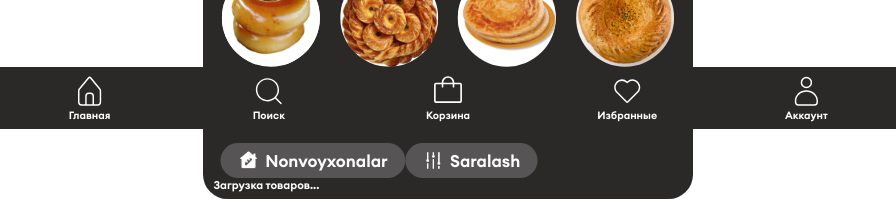
Repository: muslmoney/click-miniapp
Page: /
An editor plug-in stored every save of this project. The page is shown before and after the next save, followed by the edit.
The browser window is 1280 px wide. The pictures show the part of the page from y = 536 to 2456 px (the page is 850 px tall before and 10564 px after), at 70% of full size.
The project was rebuilt for these pictures with package versions that can differ from the ones it lists, and the page was loaded fresh each time. Also part of the build but not shown: vite.config.js.

Above is the page before, as saved 2025-02-02 00:20:30.

### index.html
<!doctype html>
<html lang="en">
<head>
  <meta charset="UTF-8" />
  <meta http-equiv="X-UA-Compatible" content="IE=edge" />
  <meta name="description" content="Non Bor" />
  <meta name="keywords" content="Non Bor" />
  <meta name="author" content="Non Bor" />
  <!-- <meta http-equiv="refresh" content="30"> -->
  <meta property="og:title" content="Non Bor">
  <meta property="og:description" content="Non Bor">
  <meta property="og:image" content="/logo_bread.png">
  <meta property="og:url" content="https://non-bor.netlify.app/">
  <meta name="viewport" content="width=device-width, initial-scale=1.0" />
  <link rel="icon" type="image/png" href="/logo_bread.png" />
  <title>Non Bor</title>
</head>

<body>
  <div id="root"></div>
  <script type="module" src="/src/main.jsx"></script>
</body>

</html>

### src/main.jsx
import React, { Suspense, lazy, StrictMode } from 'react';
import { createRoot } from 'react-dom/client';
import { createBrowserRouter, RouterProvider, Navigate } from 'react-router-dom';
import './index.css';
import App from './App.jsx'
import { CartProvider } from './context/Context.jsx';
const Home = lazy(() => import("./pages/Home/Home.jsx"));
const Cart = lazy(() => import("./pages/Cart/Cart.jsx"));
const Favorites = lazy(() => import('./pages/Favorites/Favorites.jsx'));
const Search = lazy(() => import('./pages/Search/Search.jsx'));
const User = lazy(() => import('./pages/User/User.jsx'));

const router = createBrowserRouter([
  {
    path: "/",
    element: <App />,
    children: [
      { index: true, element: <Navigate to="home" replace /> },
      {
        path: 'home',
        element: <Home />
      },
      {
        path: 'cart',
        element: <Cart />
      },
      {
        path: 'favorites',
        element: <Favorites />
      },
      {
        path: 'search',
        element: <Search />
      },
      {
        path: 'user',
        element: <User />
      },
      { path: '*', element: <div>404 - Page Not Found</div> },
    ],
  },
]);

class ErrorBoundary extends React.Component {
  state = { hasError: false };

  static getDerivedStateFromError() {
    return { hasError: true };
  }

  componentDidCatch(error, info) {
    console.error("Error caught:", error, info);
  }

  render() {
    if (this.state.hasError) {
      return <div>Something went wrong!</div>;
    }
    return this.props.children;
  }
}


createRoot(document.getElementById('root')).render(
  <StrictMode>
    <CartProvider>
      <Suspense fallback={<div>Loading...</div>}>
        <RouterProvider router={router} />
      </Suspense>
    </CartProvider>
  </StrictMode>
);

### src/index.css
:root {
  --color-default-white: #fff;
  --color-default-bg: #2B2828;
  --color-default-blue: #023EF3;
  --color-button-bg-blue:#3866E8;
  --color-text-gray:#ADA4A4;
  --color-button-bg-gray:#565454;
}

* {
  font-family: 'Euclid Circular A', sans-serif;
  scroll-behavior: smooth;
  padding: 0;
  margin: 0;
  box-sizing: border-box;
}

.container {
  width: 100%;
  margin: 0 auto;
  max-width: 700px;
}


picture,
img,
svg {

  display: block;
  width: 100%;
  height: auto;
}

a,
span,
button,
label,
input,
textarea {
  display: inline-block;
  font-family: inherit;
  color: inherit;
  font-weight: inherit;
}

a,
button,
label,
textarea,
li {
  list-style: none;
  text-decoration: none;
  cursor: pointer;
}

q::after,
q::before {
  content: '';
}

#root {
  display: flex;
  flex-direction: column;
  justify-content: space-between;
}

#root>* {
  flex-shrink: 0;
}

#root>main {
  flex-grow: 1;
}

h1,
h2,
h3,
h4,
h5,
h6,
p,
button,
a {
  font-weight: inherit;
  color: var(--color-default-white);
}

### src/App.jsx
import React, { useEffect } from "react";
import "./App.css";
import Header from "./layout/Header/Header.jsx";
import Footer from "./layout/Footer/Footer.jsx";
import "/public/fonts/fonts.css";
import { BrowserRouter as Router, Routes, Outlet, useLocation, useNavigate } from "react-router-dom";

const App = () => {
  const navigate = useNavigate();
  const { pathname } = useLocation();

  useEffect(() => {
    if (pathname === "/") {
      navigate("/home");
    }
  }, [pathname, navigate]);

  return (
    <>
      <header>
        <Header />
      </header>

      <main>
        <Outlet />
      </main>

      <footer>
        <Footer />
      </footer>
    </>
  );
};

export default App;

### src/context/Context.jsx
import React, { createContext, useState, useContext } from 'react';

const CartContext = createContext();
const FavoriteContext = createContext();

export const useCart = () => useContext(CartContext);
export const useFavorites = () => useContext(FavoriteContext);

export const CartProvider = ({ children }) => {
  const [cart, setCart] = useState([]);
  const [favorites, setFavorites] = useState([]);

  const addToCart = (product) => {
    setCart((prevCart) => [...prevCart, product]);
  };

  const removeFromCart = (productId) => {
    setCart((prevCart) => prevCart.filter((product) => product.id !== productId));
  };

  const changeQuantity = (productId, quantity) => {
    setCart((prevCart) => {
      return prevCart.map((product) =>
        product.id === productId ? { ...product, quantity } : product
      );
    });
  };

  const addToFavorites = (product) => {
    setFavorites((prevFavorites) => [...prevFavorites, product]);
  };

  const removeFromFavorites = (productId) => {
    setFavorites((prevFavorites) => prevFavorites.filter((product) => product.id !== productId));
  };

  return (
    <CartContext.Provider value={{ cart, addToCart, removeFromCart, changeQuantity }}>
      <FavoriteContext.Provider value={{ favorites, addToFavorites, removeFromFavorites }}>
        {children}
      </FavoriteContext.Provider>
    </CartContext.Provider>
  );
};

### src/pages/Home/Home.jsx
import React, { useEffect, useState } from 'react';
import axios from 'axios';
import styles from './home.module.css';
import Button from '../../components/Buttons/Buttons';
import ProductCard from '../../components/ProductCard/ProductCard';
import { useCart } from '../../context/Context';
import db from '../../db/db.json'
const Home = () => {
  // const [products, setProducts] = useState([]);
  const [scrolled, setScrolled] = useState(false);
  const [touchStart, setTouchStart] = useState(0);
  const [touchEnd, setTouchEnd] = useState(0);
  const { addToCart } = useCart();

  // useEffect(() => {
  //   const fetchProducts = async () => {
  //     try {
  //       const response = await axios.get('../../db/db.json'); // Локальный запрос к JSON
  //       setProducts(response.data.products);
  //     } catch (error) {
  //       console.error("Ошибка при загрузке товаров:", error);
  //     }
  //   };

  //   fetchProducts();
  // }, []);
  const products = db

  useEffect(() => {
    const handleScroll = () => setScrolled(window.scrollY > 210);
    window.addEventListener('scroll', handleScroll);
    return () => window.removeEventListener('scroll', handleScroll);
  }, []);

  const handleTouchStart = (e) => setTouchStart(e.touches[0].clientY);
  const handleTouchEnd = (e) => {
    setTouchEnd(e.changedTouches[0].clientY);
    if (touchStart > touchEnd + 50) {
      document.querySelector(`.${styles.catalog}`).scrollBy(0, 100);
    } else if (touchStart < touchEnd - 50) {
      document.querySelector(`.${styles.catalog}`).scrollBy(0, -100);
    }
  };

  return (
    <div className={styles.home}>
      <div className='container'>
        <header className={scrolled ? `${styles.wrap} ${styles.scrolled}` : styles.wrap}>
          <div className={styles.logo}>
            <img src="/logo_bread.png" alt="logo" />
            <h1>NON BOR</h1>
          </div>
          <div className={styles.icon}>
            <img src="/communication.png" alt="" />
          </div>
        </header>

        <section className={styles.hero}>
          <div className={styles.background}>
            <div className={styles.title}>
              <h2>Barcha non va non mahsulotlari mavjud</h2>
            </div>
          </div>

          <div
            className={scrolled ? `${styles.catalog} ${styles.scrolled}` : styles.catalog}
            onTouchStart={handleTouchStart}
            onTouchEnd={handleTouchEnd}
          >
            <h2 className={styles.title2}>Категории</h2>

            <div className={styles.catalogItems}>
              <div>
                <div className={styles.catalogItem}>
                  <img src="/catalog_bread1.png" alt="" />
                </div>
                <p>5 ming-20 ming</p>
              </div>
              <div>
                <div className={styles.catalogItem}>
                  <img src="/catalog_bread2.png" alt="" />
                </div>
                <p>10 ming-50 ming</p>
              </div>
              <div>
                <div className={styles.catalogItem}>
                  <img src="/catalog_bread3.png" alt="" />
                </div>
                <p>6 ming-25 ming</p>
              </div>
              <div>
                <div className={styles.catalogItem}>
                  <img src="/catalog_bread4.png" alt="" />
                </div>
                <p>3 ming-20 ming</p>
              </div>
            </div>

            <h2 className={styles.title2}>Лента</h2>
            <div className={styles.buttons}>
              <Button link={'./search'} icon={'/bakery.png'} title={'Nonvoyxonalar'} />
              <Button link={'./search'} icon={'/filter.png'} title={'Saralash'} />
            </div>

            <div className={styles.products}>
              {products.length  ? (
                products.map(product => (
                  <ProductCard key={product.id} {...product} addToCart={addToCart} />
                ))
              ) : (
                <p>Загрузка товаров...</p>
              )}
            </div>
          </div>
        </section>
      </div>
    </div>
  );
};

export default Home;

### src/layout/Header/Header.jsx
import React from 'react'
import { RxCross2 } from "react-icons/rx";
import style from './header.module.css'
const Header = () => {
    return (
        <header className={style.header}>
            <div className='container'>
                <div className={style.header}>
                    <img className={style.cross} src="/cancel.png" alt="" />
                </div>
            </div>
        </header>
    )
}

export default Header

### src/layout/Footer/Footer.jsx
import React from 'react'
import styles from './footer.module.css'
import { CiSearch } from "react-icons/ci";
import { CiUser } from "react-icons/ci";
import { CiHeart } from "react-icons/ci";
import { PiBagLight } from "react-icons/pi";
import { CiHome } from "react-icons/ci";
import { Link } from 'react-router-dom';

const Footer = () => {
    return (
        <footer className='container'>
            <div className={styles.footer}>
                    <Link className={styles.a} to={'./home'}>
                        <CiHome className={styles.icon} />
                        <h2>Главная</h2>
                    </Link>
                    <Link className={styles.a} to={'./search'}>
                        <CiSearch className={styles.icon} />
                        <h2>
                            Поиск
                        </h2>

                    </Link>
                    <Link className={styles.a} to={'./cart'}>
                        <PiBagLight className={styles.icon} />
                        <h2>
                            Корзина
                        </h2>

                    </Link>
                    <Link className={styles.a} to={'./favorites'}>
                        <CiHeart className={styles.icon} />
                        <h2>
                            Избранные
                        </h2>

                    </Link>
                    <Link className={styles.a} to={'./user'}>
                        <CiUser className={styles.icon} />
                        <h2>
                            Аккаунт
                        </h2>

                    </Link>
            </div>
        </footer>
    )
}

export default Footer

### public/fonts/fonts.css


@font-face {
    font-family: 'Euclid Circular A';
    src: url(/fonts/Euclid\ Circular\ A\ SemiBold.ttf);
    font-weight: 600;
    font-style: normal;
}

### src/pages/Home/home.module.css
.home {
    position: relative;
}

.container {
    padding: 0 !important;
}

.wrap.scrolled {
    background-color: var(--color-default-bg) !important;
}

.container {
    padding: 0;
}

.wrap {
    display: flex;
    align-items: center;
    justify-content: space-between;
    padding: 34px 70px 32px 16px;
    position: fixed;
    top: 0;
    width: 100%;
    transition: background-color 0.6s ease;
    max-width: 700px;
    z-index: 1000;
    @media (max-width: 550px) {
        padding: 14px 70px 14px 16px;

    }
}
.icon{
    @media (max-width: 550px) {
        width: 35px;
    }
}
.logo {
    display: flex;
    align-items: center;

    h1 {
        font-size: clamp(25px, 6.66vw, 40px);
        color: var(--color-default-white);
        white-space: nowrap;

    }

    img {
        width: 60px;
    }
    @media (max-width: 550px) {
img{
    width: 40px;
}
    }
}


.background {
    height: 60vh;
    background-image: url('/bg_bread.png');
    background-size: cover;
    background-position: bottom;
    background-repeat: no-repeat;
    position: fixed;
    top: 0;
    left: 0;
    width: 100%;
    z-index: -1;

    .title {
        font-weight: 600;
        bottom: 20%;
        left: 10px;
        position: absolute;

        h2 {
            font-size: clamp(30px, 8.08vw, 60px);
        }
    }
}

.hero {
    position: relative;
    padding-top: 60vh;
}

.catalogItems {
    display: flex;
    justify-content: space-around;
    align-items: center;
    gap: 5px;
    overflow: scroll;
    scrollbar-width: none;
    -ms-overflow-style: none;

    div {
        text-align: center;

            p {
                font-size: 16px;
                white-space: nowrap;
            }
    }
}

.catalogItems::-webkit-scrollbar {
    display: none;
}

.catalogItem {
    border-radius: 50%;
    width: 140px;
    height: 140px;
    display: flex;
    align-items: center;
    background-color: var(--color-default-white);
    overflow: hidden;
    margin-bottom: 10px;
}

.title2 {
    padding: 15px 0 18px 10px;
    font-size: 36px;
}

.buttons {
    display: flex;
    padding: 0 10px;
    overflow: scroll;
    scrollbar-width: none;
    -ms-overflow-style: none;
}

.buttons::-webkit-scrollbar {
    display: none;
}

.catalog {
    padding: 10px 15px;
    overflow-y: auto;
    background-color: var(--color-default-bg);
    position: relative;
    border-radius: 35px;
    top: -30px;
    transition: transform 0.3s ease, box-shadow 0.3s ease;
    transform: translateY(0);
}

.catalog.scrolled {
    transform: translateY(-20px);
}

### src/components/Buttons/Buttons.jsx
import React from "react";
import styles from "./buttons.module.css";

const Button = ({ link, icon, title, className,color, ...props }) => {
  return (
    <a className={`${styles.button} ${className}`} href={link} {...props}>
     {icon ? ( <img src={icon} alt={title} />) : ''   }
      <span>{title}</span>
    </a>
  );
};

export default Button;

### src/layout/Header/header.module.css
.header{
    max-width: 700px;
    position: relative;
}

.cross{
    width: 50px;
    position: fixed;
    right: 25px;
    top: 38px;
    width: 50px;
    z-index: 10000;
    @media (max-width: 550px) {
        width: 35px;
        top: 18px;
    }
}

### src/layout/Footer/footer.module.css

.footer {
    display: flex;
    align-items: center;
    justify-content: space-around;
    position: fixed;
    bottom: 0;
    left: 0;
    width: 100%;
    padding: 10px 0 10px 0;
    background-color: var(--color-default-bg);
.a{
    width: 100%;

   h2{

       font-size: clamp(15px, 1vw, 24px);
   }
}
    a {
        display: flex;
        align-items: center;
        flex-direction: column;
    }
}


.icon {
    width: 50px;
}
@media (max-width: 550px) {
    .icon {
        width: 35px;
    }
}

### src/components/Buttons/buttons.module.css
.button {
background-color: var(--color-button-bg-gray);
    text-align: center;
    text-decoration: none;
    display: flex;
    align-items: center;
    gap: 9px;
    color: var(--color-default-white);
    font-size: clamp(17px, 3.33vw, 24px);
    cursor: pointer;
    transition-duration: 0.4s;
    border-radius: 30px;
    padding: clamp(7px, 3vw, 10px) clamp(15px, 3vw, 25px);

    img {
        width: clamp(20px, 4.2vw, 30px);
    }
}

### src/components/ProductCard/ProductCard.jsx
import React from 'react'
import styles from './productCard.module.css'
import { useEffect, useState } from 'react';


const ProductCard = ({ title, seller, salePrice, price, logo, img, id, addToCart, ...props }) => {
  const handleAddToCart = () => {
    addToCart({ id, title, price, salePrice, img, logo, seller });
  };

  return (
    <div className={styles.productCard}>
      <div className={styles.header}>
        <div className={styles.seller}>
          <img className={styles.logo} src={logo} alt={title} />
          <h5>
            {seller}
          </h5>
        </div>
        <div>
          <img src="/share.png" alt="share" />
        </div>
      </div>
      <div className={styles.img}>
        <img src={img} alt={title} />
      </div>
      <div className={styles.info}>
        <p>
          {title}
        </p>
      </div>
      <div className={styles.prices}>
        {salePrice ? (
          <>
            <h3 className={styles.originalPrice}>{price} </h3>
            <h3 className={styles.salePrice}>{salePrice} UZS</h3>
          </>
        ) : (
          <h3 className={styles.regularPrice}>{price} UZS</h3>
        )}
        <div className={styles.buttons}>
          <button className={styles.like}>
            <img src="/favorite.png" alt="favorite" />
            <div>
              Sevimlilar
            </div>
          </button>
          <button className={styles.bag} onClick={handleAddToCart}>
            <span>
              Savatga
            </span>
            <img src="/addToBag.png" alt="addToBag" />
          </button>
        </div>
      </div>
    </div>
  );
};


export const SearchCard = ({ price, salePrice, title, img, ...props }) => {
  return (
    <div className={styles.searchProduct}>
      <div className={styles.img}>
        <img src={img} alt={title} />
      </div>
      <div className={styles.info}>
        {salePrice ? (
          <div className={styles.prices}>
            <div>
              <h3>{title}</h3>
            </div>
            <div className={styles.price}>
              <h2 className={styles.originalPrice}>{price} </h2>
              <h2 className={styles.salePrice}>{salePrice} UZS</h2>
            </div>
          </div>
        ) : (
          <div>
            <h3>{title}</h3>
            <h2 className={styles.regularPrice}>{price} UZS</h2>
          </div>
        )

        }
        <div>
          <img src="/addToBag.png" alt="addToBag" />

        </div>
      </div>
    </div>
  )
}


export const InCart = ({ img, price, salePrice, title, ...props }) => {
  return (
    <div className={styles.inCart}>
      <div className={styles.inCart}>
        <img className={styles.img} src={img} alt={title} />
      </div>
      <div>
        <h3>
          {title}
        </h3>
        <h2>
          {price}
        </h2>
      </div>
      <div>
        <img src="/favorite" alt="favorite" />
        <img src="/addToBag" alt="add to bag" />
      </div>
    </div>
  )


}

export default ProductCard

### src/components/ProductCard/productCard.module.css
    .productCard {
        padding: clamp(15px, 3vw, 20px) clamp(10px, 2vw, 14px);

    }

    .header {
        display: flex;
        align-items: center;
        justify-content: space-between;
        padding: 26px 0;

        .seller {
            display: flex;
            align-items: center;
            justify-content: center;
            gap: 9px;
        }

        h5 {
            font-size: 24px;
            font-weight: 500;
        }

        .logo {
            width: 52px;
            border-radius: 50%;
            height: 52px;
            object-fit: cover;
        }

    }

    .info {
        display: flex;
        flex-direction: column;
        gap: 10px;

        h3 {
            font-size: 36px;
            font-weight: 500;
            line-height: 43.57px;
            text-align: left;
            text-underline-position: from-font;
            text-decoration-skip-ink: none;

        }

        p {
            padding: 29px 0 0 0;
            font-size: 20px;
            font-weight: 500;
            line-height: 24.2px;
            text-align: left;
            text-underline-position: from-font;
            text-decoration-skip-ink: none;

        }
    }

    .prices {
        display: flex;
        align-items: center;
        justify-content: start;


    }

    .img {
        object-fit: cover;
        border-radius: 26px;
        overflow: hidden;
    }

    .buttons {
        display: flex;
        justify-content: space-between;
        align-items: center;
        flex-grow: 1;
        padding: 20px 0 0px 0;

        button {
            display: flex;
            align-items: center;
            text-align: end;
            width: 100%;
            max-width: 200px;
            border: none;
            gap: 10px;
            background: transparent;
            font-size: 20px;
            font-weight: 500;
            line-height: 24.2px;
            text-align: left;
            text-underline-position: from-font;
            text-decoration-skip-ink: none;
            color: var(--color-text-gray);

            img {
                width: 30px;
            }
        }
    }

    .like {
        justify-content: start;
    }

    .bag {
        justify-content: end;
    }



    .originalPrice {
        text-decoration: line-through;
    }

    .salePrice {
        color: var(--color-default-blue);
    }

    .searchProduct {
        display: flex;
        flex-direction: column;
        padding: 5px;
        width: 100%;
        height: 370px;

        h3 {
            font-size: clamp(15px, 3.9vw, 24px);
            font-weight: 500;
            line-height: 29.05px;
            text-align: left;
            text-underline-position: from-font;
            text-decoration-skip-ink: none;

        }

        h2 {
            font-size: clamp(20px, 3.9vw, 28px);
            font-weight: 500;
            line-height: 29.05px;
            text-align: left;
            text-underline-position: from-font;
            text-decoration-skip-ink: none;
        }

        .img {
            border-radius: 30px;

            img {
                height: 250px;

                @media (max-width: 450px) {
                    height: 150px;
                }
            }
        }

        .info {
            gap: 5px;
            flex-grow: 1;
            display: flex;
            flex-direction: row;
            justify-content: space-between;
            align-items: center;

            h3 {
                overflow: hidden;
                text-overflow: ellipsis;
                display: -webkit-box;
                -webkit-line-clamp: 2;
                -webkit-box-orient: vertical;

            }

            img {
                width: 32px;
                height: 32px;
            }

        }

        .prices {
            align-items: start;
            flex-direction: column;
            flex-grow: 1;
            justify-content: space-between;



        }

        .price {
            flex-grow: 1;
            display: flex;
            gap: 11px;


        }

        @media (max-width: 450px) {
            height: 270px;
        }
    }

    .inCart {
        img {
            width: 100px;
        }

        .quantityControl {
            img {
                width: 30px;
            }
        }
    }

Loaded but not shown: src/db/db.json (104 lines, source omitted); src/App.css (no stored copy; drawn as an empty file); src/pages/User/user.module.css (no stored copy; drawn as an empty file)

After the next save:
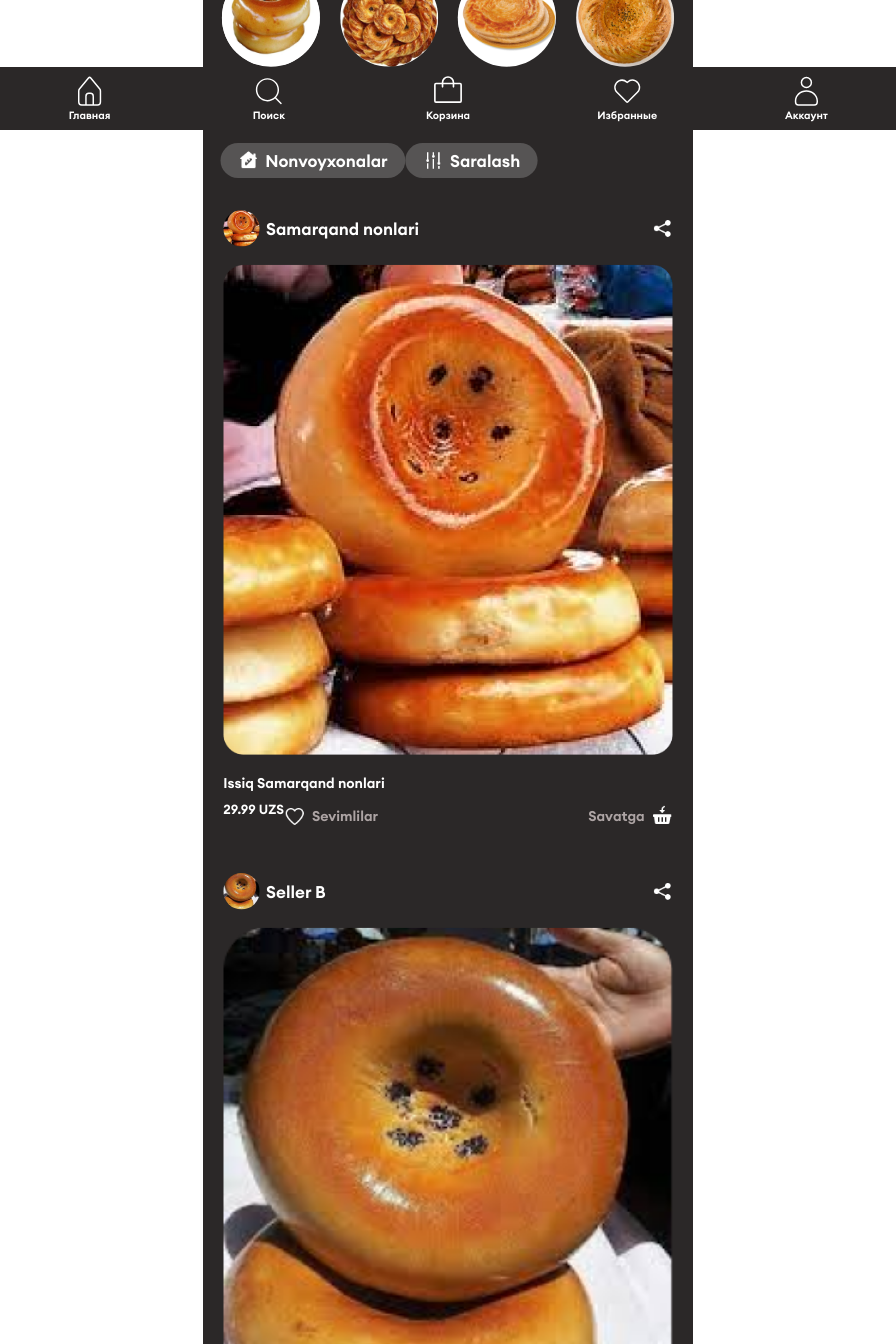
Saved 43 s later.
--- a/src/pages/Home/Home.jsx
+++ b/src/pages/Home/Home.jsx
@@ -24,7 +24,7 @@ const Home = () => {
 
   //   fetchProducts();
   // }, []);
-  const products = db
+  const products = db.products
 
   useEffect(() => {
     const handleScroll = () => setScrolled(window.scrollY > 210);
